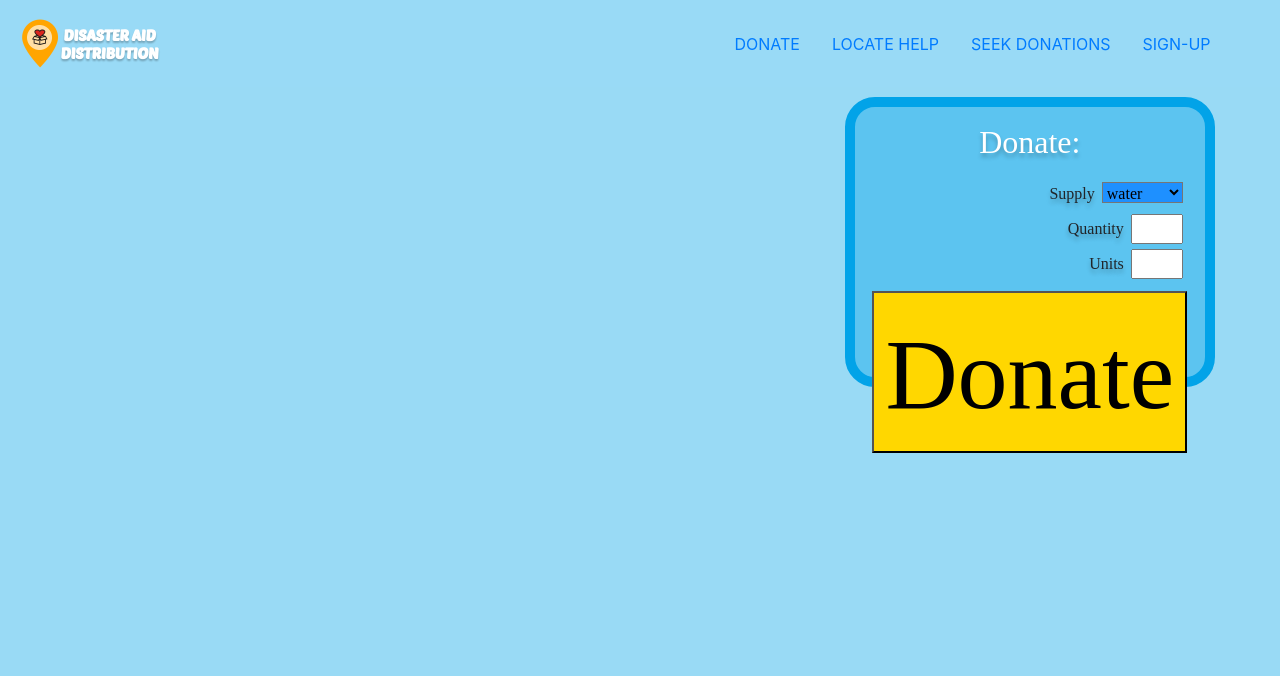
Repository: uprm-inso-4115-2019-2020-S2/semester-project-inso4115-DisasterAid-backend
Page: /donate-modal (app in disaster-aid/)
The author's editor kept a copy of each file at every save. The page is drawn from the files as they stood at one save, then again after the next save.
The browser window is 1280 px wide. The pictures show the whole page.
The project was rebuilt for these pictures with package versions that can differ from the ones it lists, and the page was loaded fresh each time. Also part of the build but not shown: disaster-aid/angular.json, disaster-aid/src/app/login/login.component.ts, disaster-aid/src/app/register/register.component.ts, disaster-aid/src/app/home/home.component.ts, disaster-aid/src/app/landing-page/landing-page.component.ts, disaster-aid/src/app/donations/donations.component.ts, disaster-aid/src/app/donations.service.ts.

Above is the page before, as saved 2020-05-09 01:52:44.

After the next save:
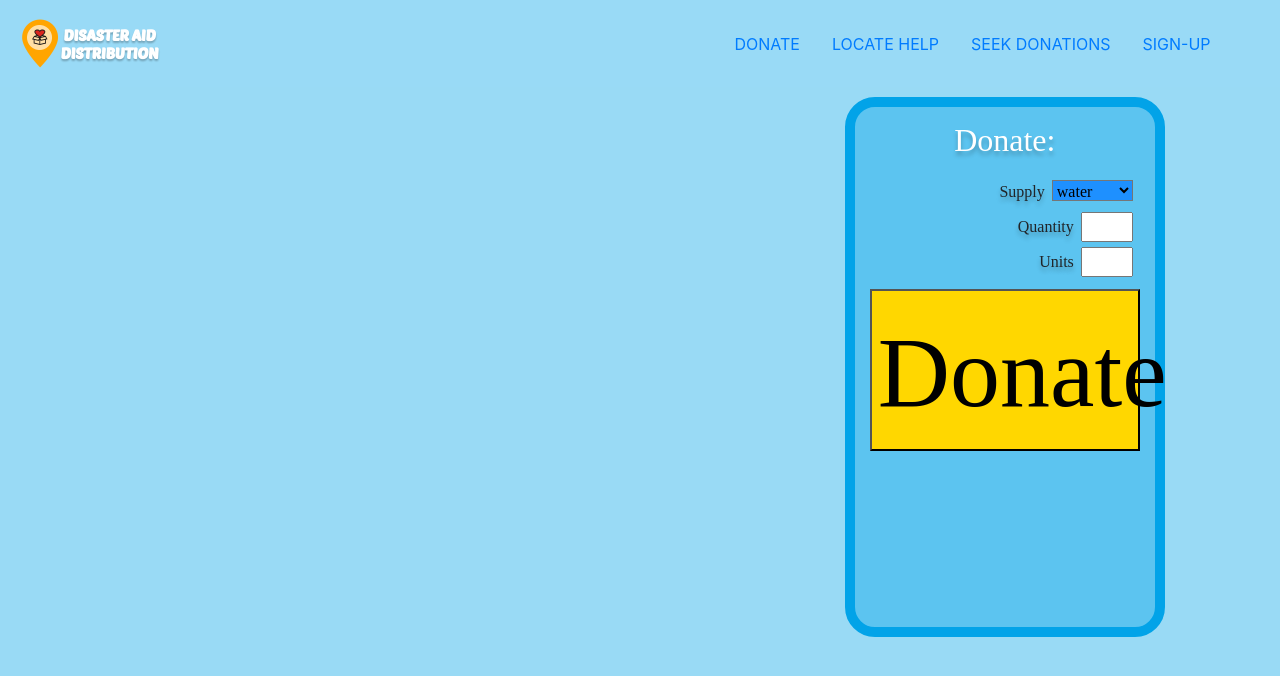
Saved 57 s later.
--- a/disaster-aid/src/app/donate-modal/donate-modal.component.css
+++ b/disaster-aid/src/app/donate-modal/donate-modal.component.css
@@ -1,7 +1,7 @@
 .donateBox {
     position: absolute;
-    width: 370px;
-    height: 290px;
+    width: 25%;
+    height: 75%;
     left: 66%;
     top: 97px;
     background: rgba(2, 163, 232, 0.4);
